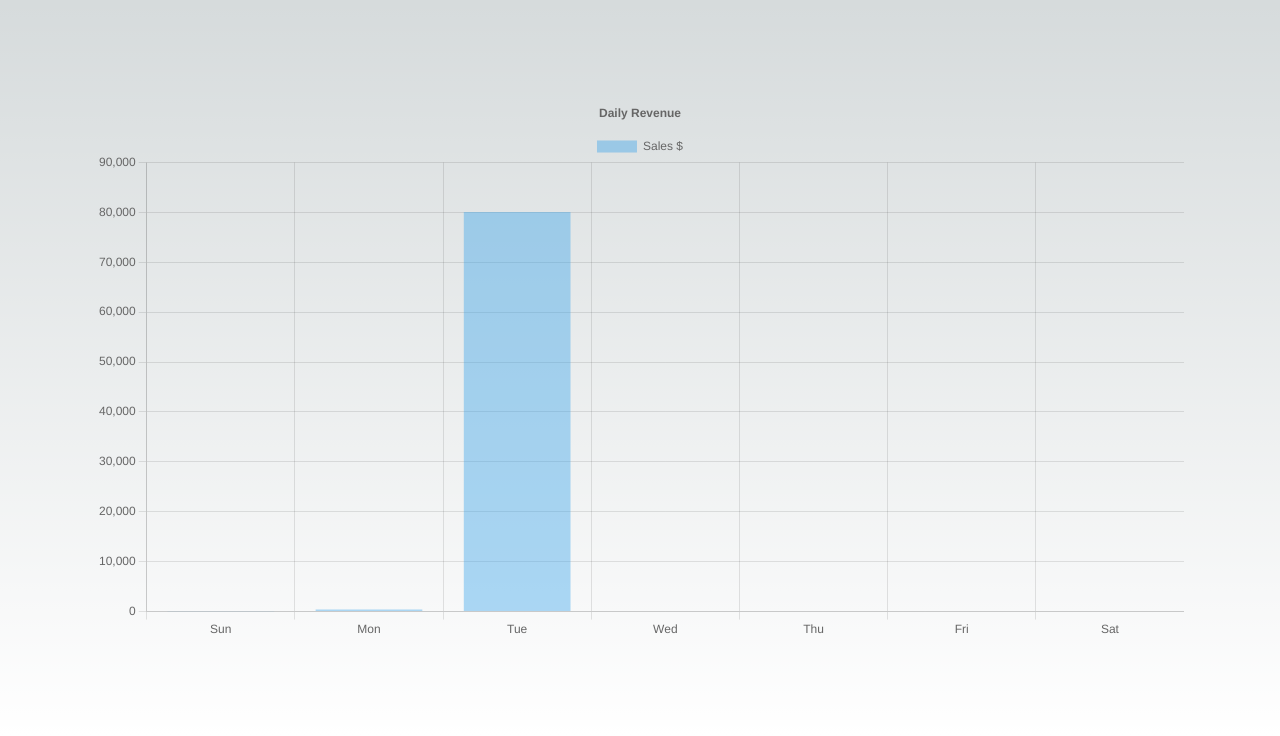
Repository: alemunden/exercise-5
Page: /
An editor plug-in stored every save of this project. The page is shown before and after the next save, followed by the edit.
The browser window is 1280 px wide. The pictures show the whole page.
The project was rebuilt for these pictures with package versions that can differ from the ones it lists, and the page was loaded fresh each time. The framework's server and built-in components were replaced by stand-ins that run in the browser. Also part of the build but not shown: next.config.js.

Above is the page before, as saved 2024-04-15 10:11:48.

### pages/index.js
import styles from '@/styles/Home.module.css'
import VerticalChart from '@/components/VerticalChart'

export default function Home() {
  return (
    <>
      <main className={`${styles.main}`}>
        <VerticalChart/>
      </main>
    </>
  )
}

### components/VerticalChart/index.js
import styles from './VerticalChart.module.css'
import { Bar, Line } from 'react-chartjs-2'
import {
    Chart as ChartJS,
    CategoryScale,
    LinearScale,
    BarElement,
    Title,
    Tooltip,
    Legend
} from 'chart.js'
import { useEffect, useState } from 'react'

ChartJS.register(
    CategoryScale,
    LinearScale,
    BarElement,
    Title,
    Tooltip,
    Legend
)

export default function VerticalChart() {
    const [chartData, setChartData] = useState({
        datasets: []
    })
    const [chartOptions, setChartOptions] = useState({});
    useEffect(() => {
        setChartData({
            labels: ["Sun", "Mon", "Tue", "Wed", "Thu", "Fri", "Sat"],
            datasets: [
                {
                    label: 'Sales $',
                    data: [69, 420, 80085],
                    borderColor: 'rgb(53,162,235)',
                    backgroundColor: 'rgba(53,162,235,0.4)'
                }
            ]
        })
        setChartOptions({
            plugins: {
                legend: {
                    position: 'top'
                },
                title: {
                    display: true,
                    text: "Daily Revenue"
                }
            },
            maintainAspectRatio: false,
            responsive: true
        })
    }, [])
    return(
        <>
            <Bar data={chartData} options={chartOptions} style={{width: '500px', height: '300px'}} />
        </>
    )
}

Loaded but not shown: pages/_app.js (common file); pages/_document.js (common file); styles/globals.css (common file); styles/Home.module.css (common file); components/VerticalChart/VerticalChart.module.css (no stored copy; drawn as an empty file)

After the next save:
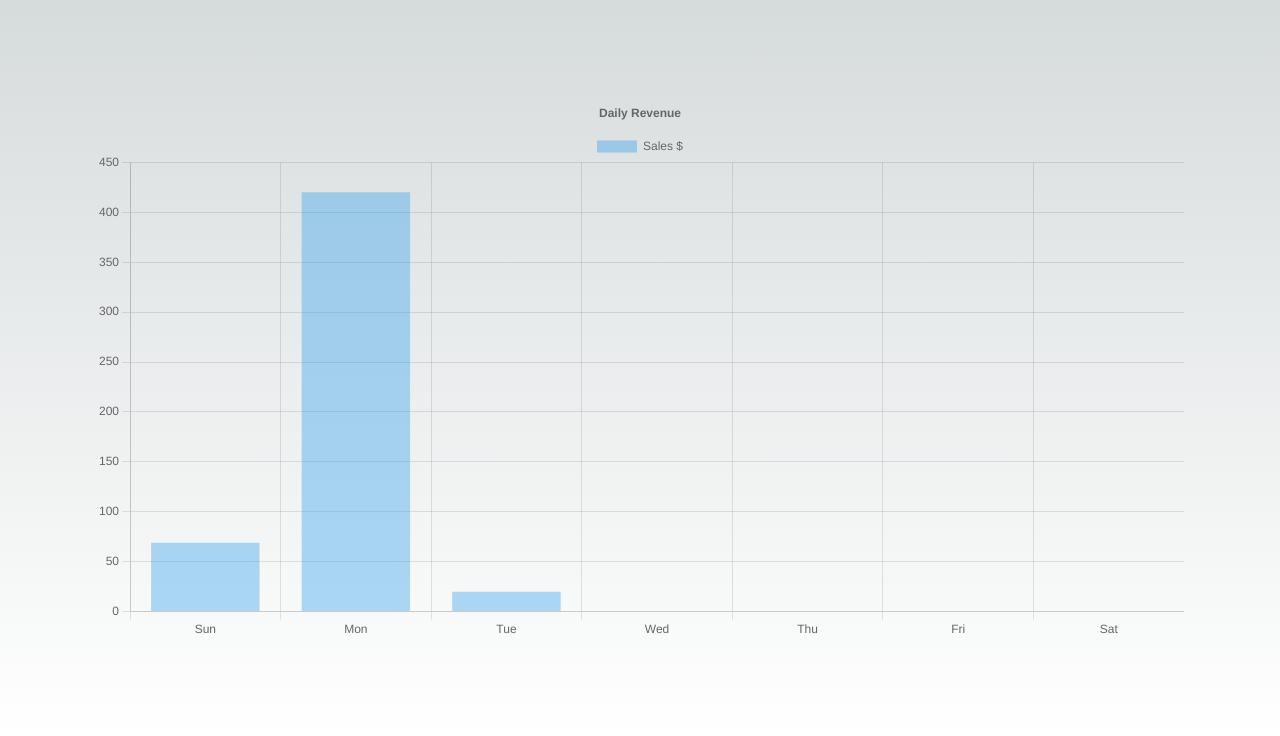
Saved 17 s later.
--- a/components/VerticalChart/index.js
+++ b/components/VerticalChart/index.js
@@ -31,7 +31,7 @@ export default function VerticalChart() {
             datasets: [
                 {
                     label: 'Sales $',
-                    data: [69, 420, 80085],
+                    data: [69, 420, 20],
                     borderColor: 'rgb(53,162,235)',
                     backgroundColor: 'rgba(53,162,235,0.4)'
                 }
